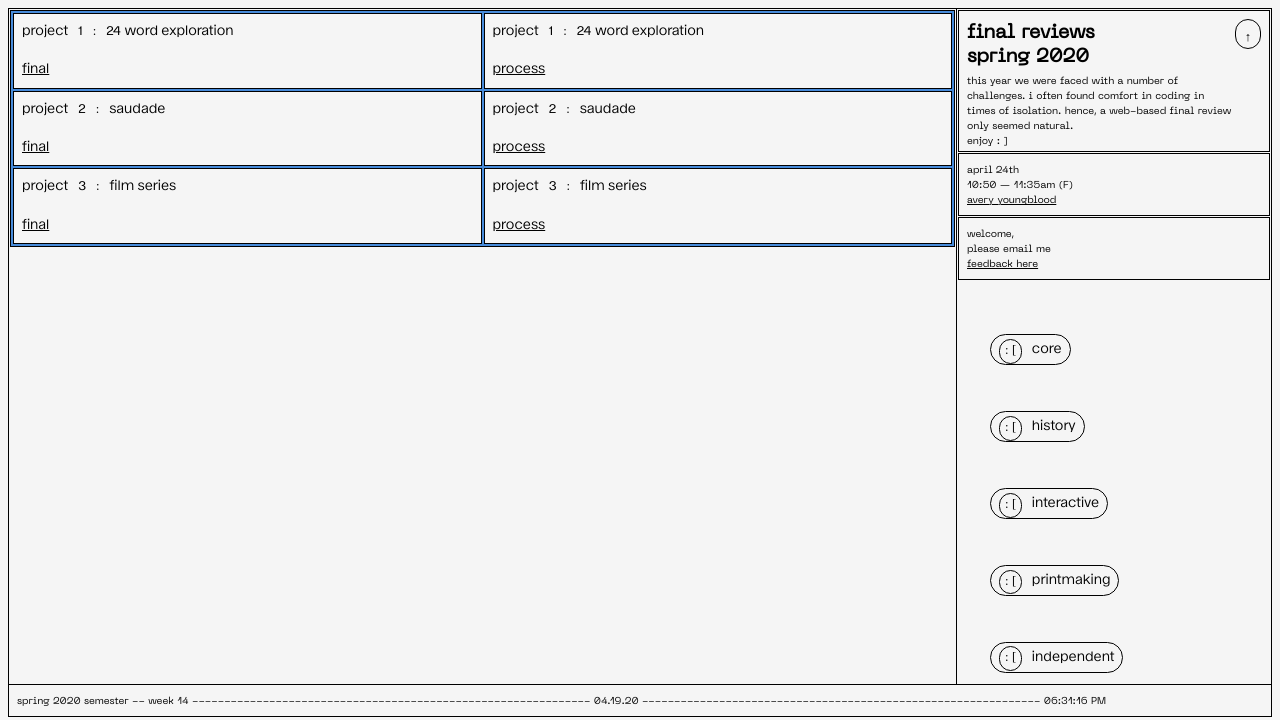
Repository: ayoungblood2/Spring-Semester-2020
Page: index v2/classes/independent.html
These files come from the project's save history. The page is drawn as it stood at one moment and after the next save; the edit follows.
The browser window is 1280 px wide. The pictures show the whole page.
Some web libraries are served in a nearby version.

Above is the page before, as saved 2020-04-19 21:35:08.

After the next save:
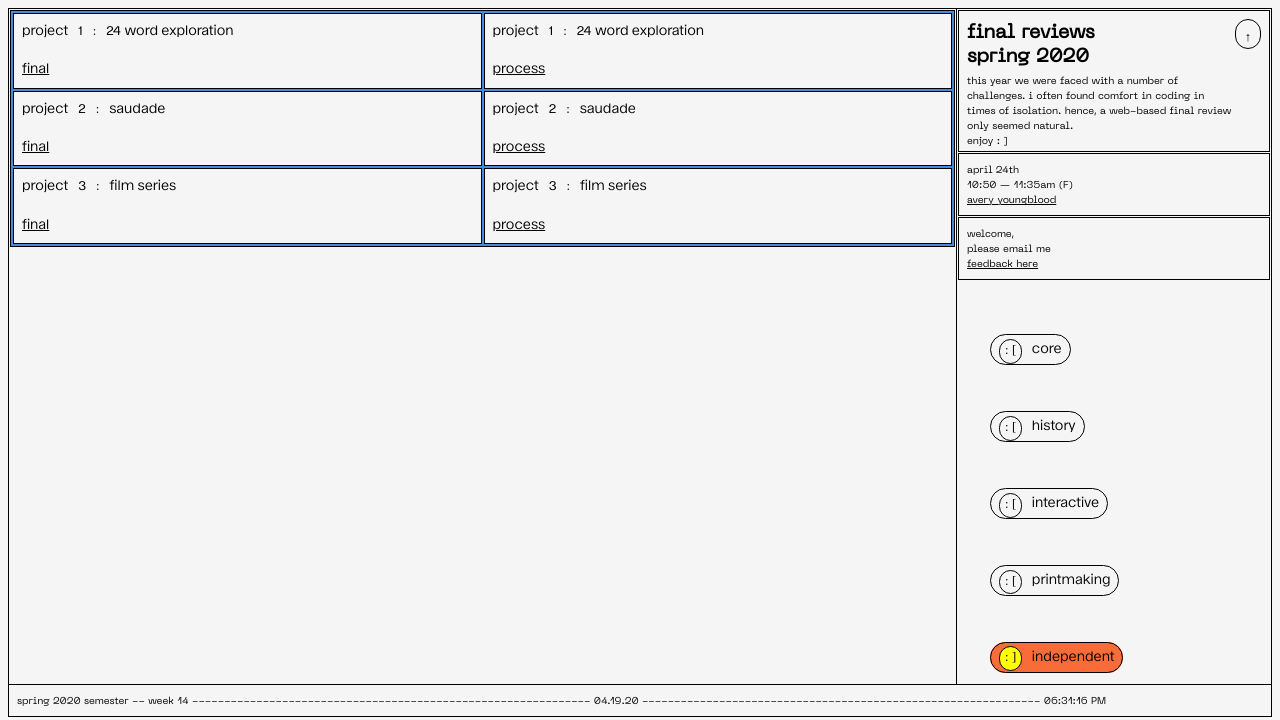
Saved 79 s later.
--- a/index v2/classes/independent.html
+++ b/index v2/classes/independent.html
@@ -308,14 +308,13 @@
 
                     <li class="Nav-item ">
                         <span>
-                            <a href="/index v2/classes/independent.html"
-                                class="Nav-link view-more view-less" href="#" data-target="ind">
+                            <a href="/index v2/index2.html" class="Nav-link-2" href="#" data-target="ind">
                                 independent
                             </a>
                         </span>
+
                         <img src="/index v2/classes/independent/we-need-to-talk/Screen Shot 2020-04-18 at 4.32.22 AM.png"
-                            style="width:80%;transform:rotate(-63deg);margin:20px;" />
-                        <ul id="ind" class="viewing-less">
+                            style="width:80%;transform:rotate(-63deg);margin:20px;" class="page-header"/>
 
                             <li class="more">
                                 collaboration on all fronts. alvin (prelim GD) and amina (1st yr sculpture) became my
@@ -342,8 +341,7 @@
                                 <p>--&nbsp;&nbsp;project&nbsp;&nbsp;3&nbsp;&nbsp;&nbsp;:&nbsp;&nbsp;&nbsp;log & letters
                                 </p>
                             </li>
-                        </ul>
-                    </li>
+
             </nav>
 
         </header>
